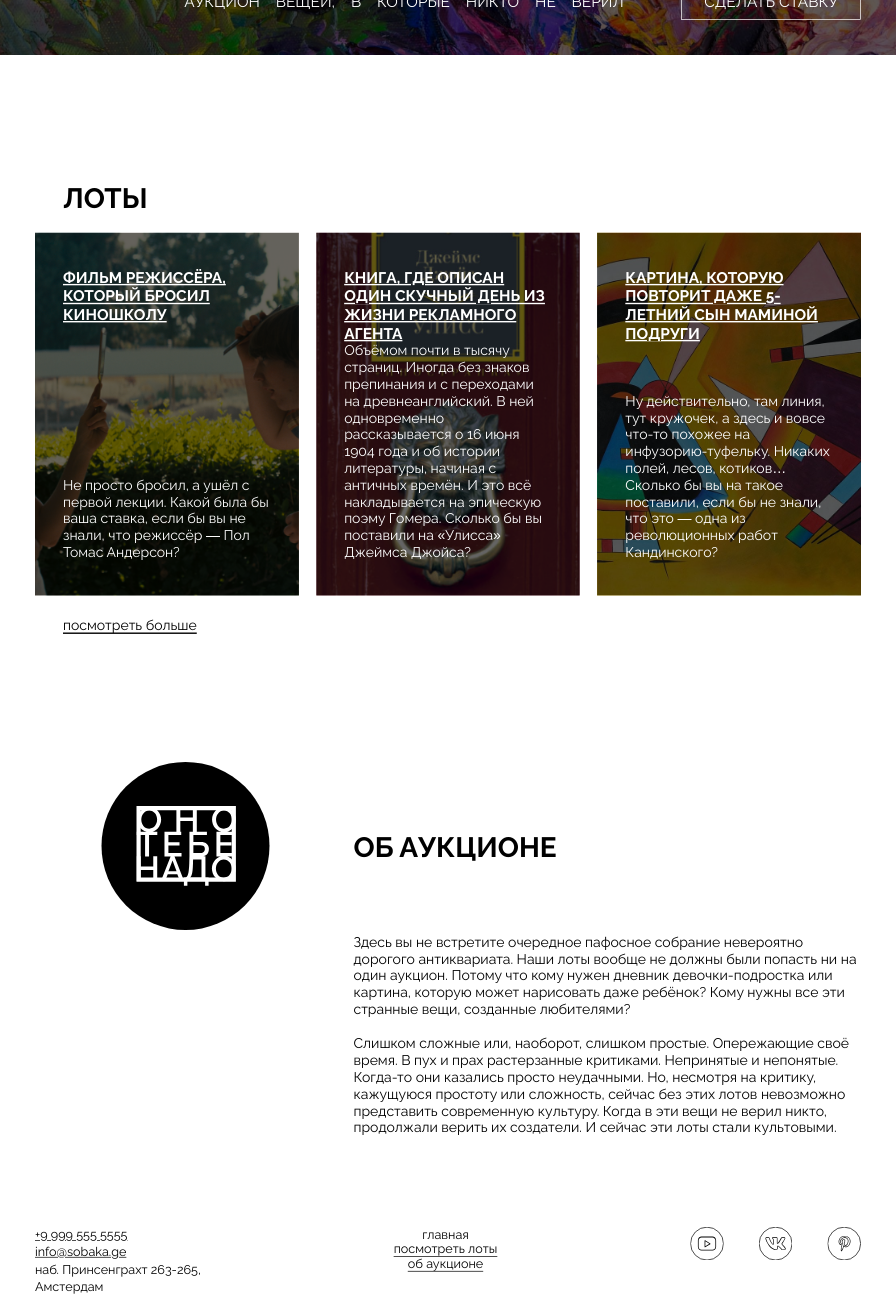
Repository: Hadoooouken/ono-tebe-nado
Page: index.html
An editor plug-in stored every save of this project. The page is shown before and after the next save, followed by the edit.
The browser window is 1280 px wide. The pictures show the part of the page from y = 971 to 2891 px (the page is 2821 px tall before and 2891 px after), at 70% of full size.

Above is the page before, as saved 2023-11-29 20:50:41.

After the next save:
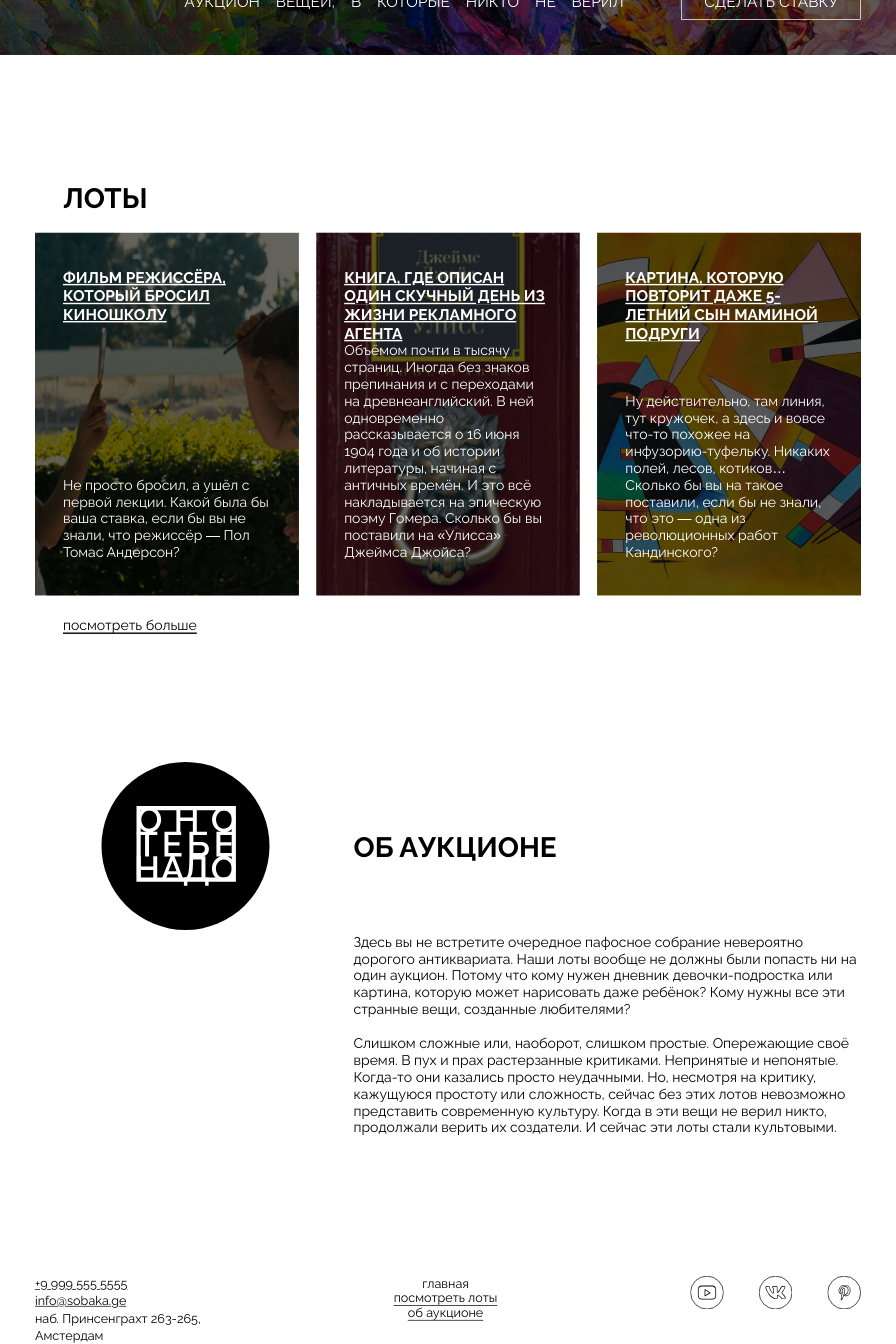
Saved 15 s later.
--- a/styles/style.css
+++ b/styles/style.css
@@ -291,7 +291,7 @@
 }
 
 .footer {
-  padding-top: 130px;
+  padding-top: 200px;
   display: flex;
   justify-content: space-between;
 }
